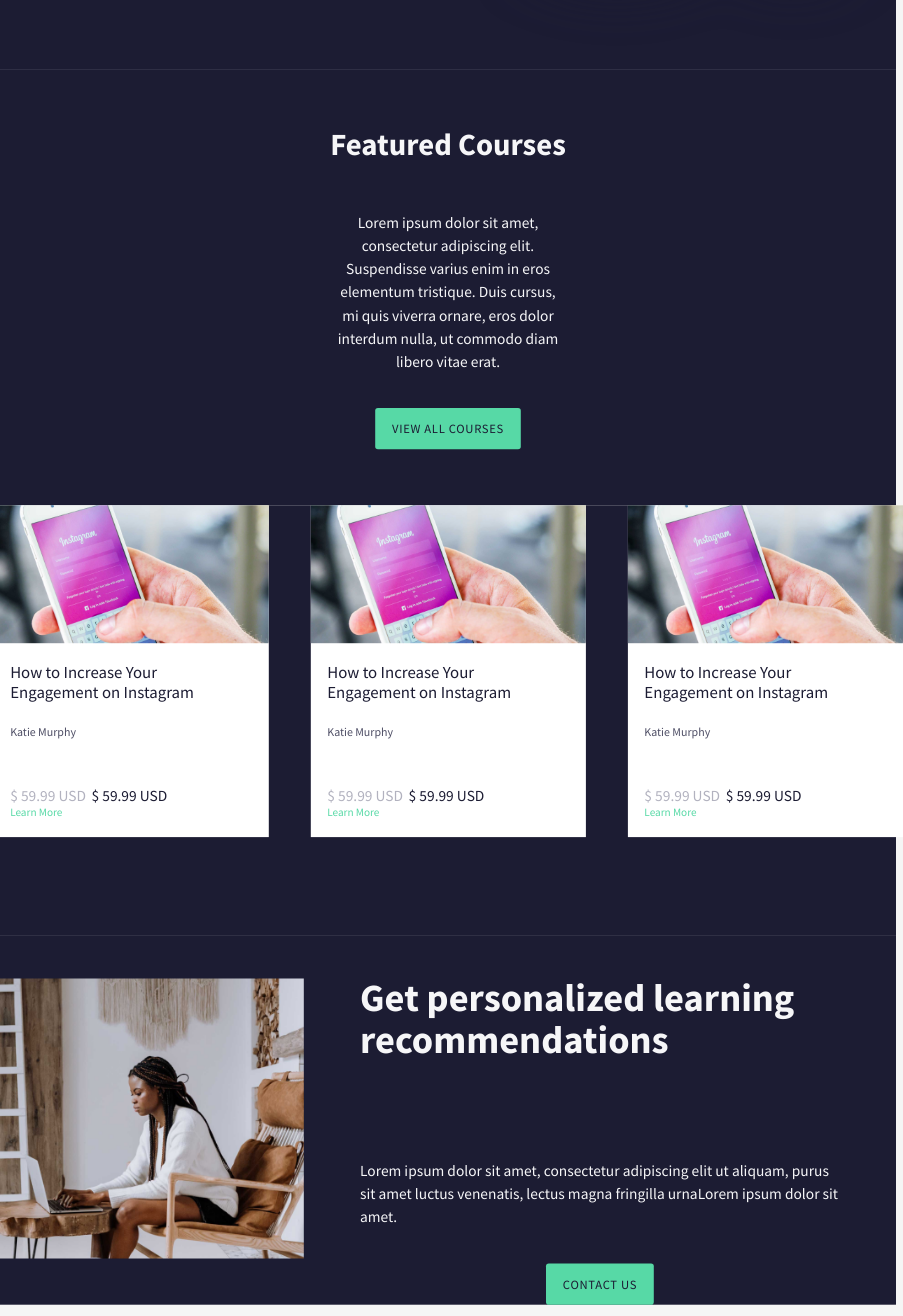
Repository: saidabbasun/skillz
Page: /
These files come from the project's save history. The page is drawn as it stood at one moment and after the next save; the edit follows.
The browser window is 1280 px wide. The page is 1290 px wide, so the pictures cover 1290 px, including what lies to the right of the window. The pictures show the part of the page from y = 977 to 2857 px (the page is 4519 px tall before and 4525 px after), at 70% of full size.
The project was rebuilt for these pictures with package versions that can differ from the ones it lists, and the page was loaded fresh each time.

Above is the page before, as saved 2022-06-13 14:48:05.

### public/index.html
<!DOCTYPE html>
<html lang="en">
  <head>
    <meta charset="utf-8" />

    <meta name="viewport" content="width=device-width, initial-scale=1" />
    <meta name="theme-color" content="#000000" />
    <link rel="stylesheet" href="https://unicons.iconscout.com/release/v4.0.0/css/line.css">
    <link rel="stylesheet" href="path/to/font-awesome/css/font-awesome.min.css">
    <title>React App</title>
  </head>
  <body>

    <div id="root"></div>

  </body>
</html>

### src/index.js
import React from 'react';
import ReactDOM from 'react-dom/client';
import { BrowserRouter } from "react-router-dom";
import App from './App';


const root = ReactDOM.createRoot(document.getElementById('root'));
root.render(
  <BrowserRouter>
    <App />
  </BrowserRouter>
);

### src/App.js
import Courses from './Components/Courses/Courses';
import Header from './Components/Header';
import Home from './Components/Home';
import Workshops from './Components/Workshops/Workshops';
import './styles/Globl/collection.scss';

function App() {
  return (
    <div>
    <Header/>
    <Home/>
    <Courses/>
    <Workshops/>
    </div>
  );
}

export default App;

### src/Components/Courses/Courses.jsx
import React from "react";
import {Link} from 'react-router-dom'
import Cart from "./Cart";
import ContactUs from '../../assets/images/Contact.png'

const Courses = () => {
  return (
    <div className="container">
        <div className="coursesWrap">

      <div className="coursesTitle">Featured Courses
      <hr className="coursesHr" />
      </div>

      <div className="coursesText">
        Lorem ipsum dolor sit amet, consectetur adipiscing elit. Suspendisse
        varius enim in eros elementum tristique. Duis cursus, mi quis viverra
        ornare, eros dolor interdum nulla, ut commodo diam libero vitae erat.
      </div>
      <Link to={`/`} className="homeBtn ">
      View All Courses
                </Link>
        </div>
        <div className="cartWrap">
       <Cart />
       <Cart/>
       <Cart/>
        </div>
        <div className="contactUs">
          <div className="contactLeftWrap">
          <img src={ContactUs} className='contactImg' alt="Contact us" />
          </div>

          <div className="contactRightWrap">
          <p className='homeTitle'>Get personalized learning recommendations

          </p>
          <hr className="coursesHr" />

                <p className="homeText contactText">Lorem ipsum dolor sit amet, consectetur adipiscing elit ut aliquam, purus sit amet luctus venenatis, lectus magna fringilla urnaLorem ipsum dolor sit amet.</p>

                <Link to={`/`} className="homeBtn">
                Contact Us
                </Link>
            </div>
          </div>
        </div>

  );
};

export default Courses;

### src/Components/Header.jsx
import React from 'react'

import { Link } from 'react-router-dom';
import Logo from '../assets/images/Logo.svg';
const Header = () => {
  return (
    <div>
        <div className="topDiscount">
            <p>One week only—50% off all courses with code 50OFF at checkout</p>
        </div>
        <div className="container">
            <div className="navbar">
                <Link  to={`/`}>
                <img src={Logo} alt="logo" />
                </Link>
                <div className="navbarNav">
                    <div className="navItem">
                        <Link  to={`/`} className='navLink'>Courses</Link>
                    </div>
                    <div className="navItem">
                        <Link  to={`/`} className='navLink'>Free Workshops</Link>
                    </div>
                    <div className="navItem">
                        <Link  to={`/`} className='navLink'>Blog</Link>
                    </div>
                    <div className="navItem">
                        <Link  to={`/`} className='navLink'>About</Link>
                    </div>
                    <div className="navItem">
                        <Link  to={`/`} className='navLink'>Contact</Link>
                    </div>
                </div>
                <div className="storWrapper">
                <Link  to={`/`}>
                <i className ="uil uil-shopping-cart stor"></i>
                </Link>
                     <div className="count">
                        <p>0</p>
                     </div>
                </div>
            </div>
        </div>
    </div>
  )
}

export default Header

### src/Components/Home.jsx
import React from 'react'
import { Link } from 'react-router-dom'

const Home = () => {
  return (
    <div className='container'>
        <div className="row">
            <div className="col5">
                <div className="CourseHome">
                    Featured Course
                </div>
                <p className='homeTitle'>Run your own online learning platform</p>
                <p className="homeText">A deep-dive on the Instagram algorythm, hashtags, content strategy, and branding.</p>
                <p className="homeAfter">Kathryn Murphy</p>
                <Link to={`/`} className="homeBtn">
                Learn More
                </Link>
            </div>
            <div className="col7">
            <div className="waveLine"></div>
                <div className="bgRectangle">

                    <div className="Rectangle1"></div>
                    <div className="Rectangle2"></div>
                    <div className="Rectangle3"></div>


                </div>
            </div>
        </div>

    </div>
  )
}

export default Home

### src/Components/Workshops/Workshops.jsx
import React from 'react'
import {Link} from 'react-router-dom';
import { Swiper, SwiperSlide } from "swiper/react";
import "swiper/css";
import "swiper/css/pagination";
import "swiper/css/navigation";

// import required modules
import { Autoplay, Pagination } from "swiper";


const Workshops = () => {

   const  listCart=[
    'Photography Basics' ,
'Business 101',
'Social Networking Camp']
  return (
    <>
    <div className='container'>
         <div className=" workshopsWrap">

<div className="coursesTitle Title ">Upcoming Free Workshops
<hr className="coursesHr" />
</div>

<div className="coursesText Text">
  Lorem ipsum dolor sit amet, consectetur adipiscing elit. Suspendisse
  varius enim in eros elementum tristique. Duis cursus, mi quis viverra
  ornare, eros dolor interdum nulla, ut commodo diam libero vitae erat.
</div>
<Link to={`/`} className="homeBtn ">
View All Workshops
          </Link>
  </div>
    </div>
    <div className="cartWrap workshopsCart">
   {listCart.map((data ,ind)=>(

       <div key={ind} className="cart">
           <p className="cartTitle">
           {data}
           </p>
           <p className="cartText">
           Lorem ipsum dolor sit amet, consectetur adipiscing elit ut aliquam, purus sit amet luctus venenatis, lectus magna fringilla urna, porttitor rhoncus dolor purus non enim praesent elementum facilisis leo.
           </p>
           <Link to={`/`} className='cartLink'>Learn More</Link>

   </div>
   ))}
   </div>
   <div className="caruselWrapper">
   <Swiper
        spaceBetween={50}
        centeredSlides={true}
        autoplay={{
          delay: 3500,
          disableOnInteraction: false,
        }}
        pagination={{
          clickable: true,
        }}

        modules={[Autoplay, Pagination]}
        className="mySwiper"
      >
        <SwiperSlide>
        <i className="uil uil-star"></i>
            <div className="caruselText">


            “Kate’s courses are a game changer. She’s thorough, organized, and explains things in a no-nonsense way that makes it easy for anyone—beginners to experts—to learn something from her courses and take their game to the next level.”
            </div>
            <div className="caruselAfter">
            James Brown, Influencer
            </div>
        </SwiperSlide>
        <SwiperSlide>
        <i className="uil uil-star"></i>
        <div className="caruselText">

                        “Kate’s courses are a game changer. She’s thorough, organized, and explains things in a no-nonsense way that makes it easy for anyone—beginners to experts—to learn something from her courses and take their game to the next level.”

            “Kate’s courses are a game changer. She’s thorough, organized, and explains things in a no-nonsense way that makes it easy for anyone—beginners to experts—to learn something from her courses and take their game to the next level.”
            </div>
            <div className="caruselAfter">
            James Brown, Influencer
            </div>
        </SwiperSlide>

      </Swiper>
   </div>
    </>
  )
}

export default Workshops

### src/styles/Globl/collection.scss
@import './globl';
@import './variables.scss';
@import './mixin';
@import '../Globl/font-face.scss';
@import '../Header.scss';
@import '../Home.scss';
@import '../Courses.scss';
@import '../Workshops.scss';

### src/Components/Courses/Cart.jsx
import React from 'react'
import {Link} from 'react-router-dom';
import Course from '../../assets/images/Course1.png'
const Cart = () => {
  return (
    <div className='cart'>
   <img className='cartImg' src={Course} alt="img" />
   <div className="cartBody">

      <div className="cartText">
      How to Increase Your Engagement on Instagram
      </div>
      <div className="homeAfter">
      Katie Murphy
      </div>
      <div className="PriceWrap">


      <div className="Price oldPrice">
      $ 59.99 USD
      </div>
      <div className="Price ">
      $ 59.99 USD
      </div>
      </div>
      <Link to={`/`} className='cartLink'>Learn More</Link>
   </div>
    </div>
  )
}

export default Cart

### src/styles/Globl/_globl.scss

@import './variables.scss';
*{
    box-sizing: border-box;
    padding: 0;
    margin: 0;
    font-family:SourceSansProRegular ;
    color: $color_bg_title;
}
body{
    background-color: $color_body;
}
.container{
    margin: 0 auto;


}

### src/styles/Globl/variables.scss
$color_btn:#57D9A6;
$color_body:#F5F5F5;
$color_bg_title:#1C1C33;
$text_footer: #F6F6F8;
$color_text:#4E4E65;
$color_white:#FFFFFF;
$color_cartBg:#FC5468;
$rastangle_size:100px;

### src/styles/Globl/_mixin.scss
@import '../Globl/variables.scss';
@mixin flexbox {
    display: flex;
    align-items: center;
}
@mixin Rectangle($radius,$namber) {

 position: absolute;

    width:  calc(#{$rastangle_size}  *#{$namber});
    height:  calc(#{$rastangle_size}  * #{$namber});
     border-radius: 50%;
     border-top-right-radius: $radius;
     background-color: $color_btn;
     box-shadow: 14px 14px 20px rgba(28, 28, 51, 0.5);
}

### src/styles/Globl/font-face.scss


@font-face {
    font-family: SourceSansProRegular;

    src:  url('../../assets/fontFamily/SourceSansPro-Regular.ttf');
  }
  @font-face {
    font-family: SourceSansProBold;

    src:  url('../../assets/fontFamily/SourceSansPro-Bold.ttf');
  }
  @font-face {
    font-family: SourceSansProItalic;

    src:  url('../../assets/fontFamily/SourceSansPro-Italic.ttf');
  }

### src/styles/Header.scss
@import './Globl/variables.scss';
@import './Globl/mixin';
.topDiscount{
    background-color:$color_btn;
    font-weight: 400;
font-size: 18px;
text-align: center;

padding: 8px 0;

}
.navbar{
    @include flexbox;
    background-color:$color_bg_title;
    justify-content:space-between;
    padding: 24px 82px;
}
.navbarNav{
    @include flexbox;
 column-gap: 40px;
}

.navLink{

    font-weight: 400;
font-size: 17px;
    text-decoration: none;
    color: $text_footer;
}
.storWrapper{
    position: relative;
}
.stor{
    color:$color_white;
    font-size: 40px;


}
.count{
    padding:0  6px;
    background-color: $color_cartBg;
    color: $color_white;
    position: absolute;
    border-radius: 50%;
    font-size: 11px;
    line-height: 18px;
    position: absolute;
    top: 3px;
    right: 0;

}

### src/styles/Home.scss
@import './Globl/variables.scss';
@import './Globl/mixin';
.row{

    padding:0 0 120px 82px;
 @include flexbox;

 background-color: $color_bg_title;
}
.col5{
    width: 35%;

    color: $text_footer;
}
.CourseHome{
   width: 150px;
   padding: 7px 0;
    font-weight: 400;
font-size: 16px;
letter-spacing: 1px;
text-transform: uppercase;
color: $text_footer;
border-bottom: 2px solid $color_btn;
}
.homeTitle{
    font-family: SourceSansProBold;
    padding: 59px 0 22px;
    font-weight: 700;
font-size: 55px;
line-height: 60px;
color: $text_footer;
}
.homeText{
    line-height: 33px;
font-weight: 400;
font-size: 22px;
color: $text_footer;
}
.homeAfter{
    margin: 22px 0 48px ;
    font-weight: 400;
font-size: 17px;
line-height: 27px;
color: #B2B2BF;
}
.homeBtn{

    font-weight: 400;
font-size: 18px;
line-height: 27px;
padding: 16px 24px;
letter-spacing: 1px;
text-transform: uppercase;
background-color: $color_btn;
color: $color_bg_title;
text-decoration: none   ;
border-radius: 4px;
}

.col7{
    position: relative;
    width: 60%;

    padding-top: 200px;
}

.bgRectangle{
position: relative;

 margin: 0 auto;
   width:calc(#{$rastangle_size} * 6.2);
    height: calc(#{$rastangle_size}  * 6.2);
    filter: drop-shadow(21px 21px 30px rgba(28, 28, 51, 0.4));
    border-radius: 50%;
    border-top-left-radius: 8px;

    background-image: url(../assets/images/homeImg.png);
}
    .waveLine{
      position: absolute;
      top: 150px;
      left: 90px;
        width: calc(#{$rastangle_size} * 3.5);
        height:calc(#{$rastangle_size}*2.38);
        background-image: url(../assets/images/Line.png);
        background-repeat: repeat-y;
        background-position: center;
    }
    .Rectangle1{
        @include Rectangle(6px,1) ;
      transform: rotate(-90deg);
        top: -50px;
        left: 300px;
    }
    .Rectangle2{
        @include Rectangle(16px,1.5) ;
       top: -20px;
       right: 45px;

    }
    .Rectangle3{
        @include Rectangle(36px,3.4) ;
        right: -100px;
        bottom: 20px;
    }

### src/styles/Courses.scss
@import './Globl/variables.scss';
.coursesWrap{
    background-color: $color_bg_title;
    padding: 80px 82px;
    display: flex;
    justify-content: center;
    flex-direction: column;
    align-items: center;
}
.coursesTitle{
    font-family: SourceSansProBold;
    color:$text_footer ;
    font-weight: 700;
font-size: 44px;
line-height: 53px;

}
.coursesHr{
    margin: 0 auto;
    width: 150px;
    height: 2px;
    border: $color_btn;
    margin-top: 17px;

}
.coursesText{
    font-weight: 400;
font-size: 22px;
line-height: 33px;
color:$text_footer ;
text-align: center;
padding: 50px 400px;

}
.cartWrap{
    display: grid;
    align-items: center;
    grid-template-columns:repeat(3,auto);
    justify-content: center;
    gap: 60px;
    background-color: $color_bg_title;
    padding: 0 82px 140px;

}
.cart{
    width: 393px;
    background-color: $color_white;
}
.cartImg{

    height: 197px;
}
.cartBody{
    padding: 22px 90px 25px 24px;
}
.cartText{
    font-weight: 400;
font-size: 24px;
line-height: 29px;

}
.homeAfter{
    font-weight: 400;
font-size: 17px;
line-height: 27px;
color: $color_text;
padding: 8px 0 15px ;
}
.PriceWrap{
    display: flex;
    column-gap: 8px;
}
.Price{
    font-weight: 400;
font-size: 22px;
line-height: 27px;

}
.oldPrice{
    color: #B2B2BF;
}
.cartLink{
    font-weight: 400;
font-size: 16px;
line-height: 21px;
color: #57D9A6;
text-decoration: none;
}
.contactUs{
    display: flex;
    align-items: center;
    justify-content: center;
    background-color: $color_bg_title;
}
.contactLeftWrap{
    width: 70%;
}
.contactRightWrap{
    padding: 0 80px;
    display: flex;
    justify-content: center;
    flex-direction: column;
    align-items: center;
    row-gap: 50px;
}
.contactHr{
    width: 150px;
    border: 2px solid $color_btn;
    margin-top: 16px;
}
.contactImg{
    width: 100%;
}
.contactText{

}

### src/styles/Workshops.scss
@import './Globl/variables.scss';
.workshopsWrap{
    padding: 145px 82px;
    display: flex;
    justify-content: center;
    flex-direction: column;
    align-items: center;

    .Title{
        color: $color_bg_title;
    }
    .Text{
        color: $color_text
    }
}
.workshopsCart{
    background-color: transparent;
    .cart{
        padding: 22px 36px 24px 22px;

    }
    .cartTitle{
        font-family: SourceSansProBold;
        font-weight: 700;
font-size: 24px;
line-height: 29px;
    }
    .cartText{
        font-weight: 400;
font-size: 18px;
line-height: 27px;
color: $color_text;
padding: 15px 0 30px;
    }
}
.caruselWrapper{
    padding: 82px 117px 300px  117px;
    background-color: $color_btn;
    padding: 40px 0;
    text-align: center;
}
.caruselText{
    padding: 40px 500px;
}
.caruselAfter{
    padding-bottom: 70px;
}

After the next save:
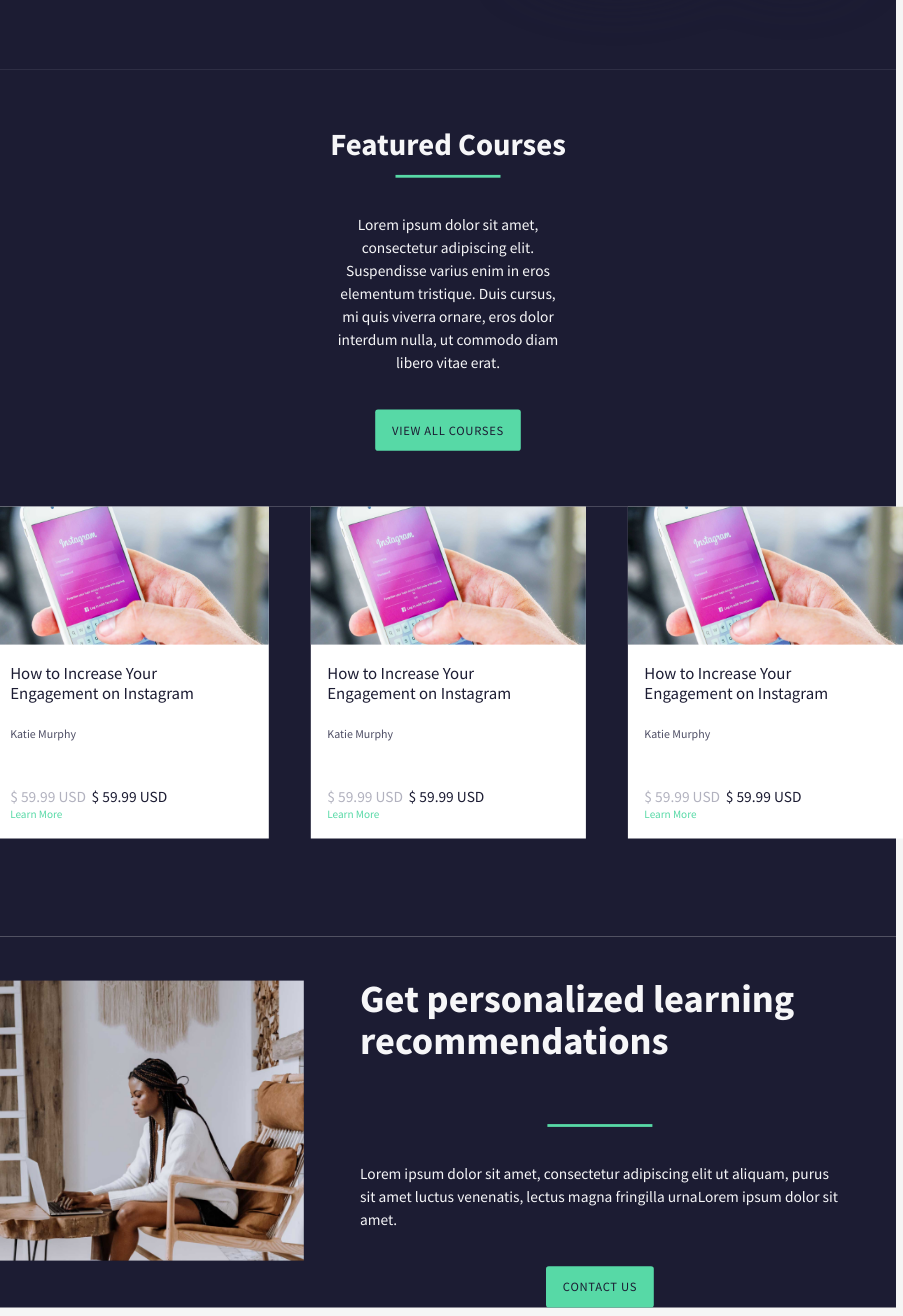
Saved 7 s later.
--- a/src/styles/Courses.scss
+++ b/src/styles/Courses.scss
@@ -19,7 +19,7 @@ line-height: 53px;
     margin: 0 auto;
     width: 150px;
     height: 2px;
-    border: $color_btn;
+    border:2px solid  $color_btn;
     margin-top: 17px;
 
 }
